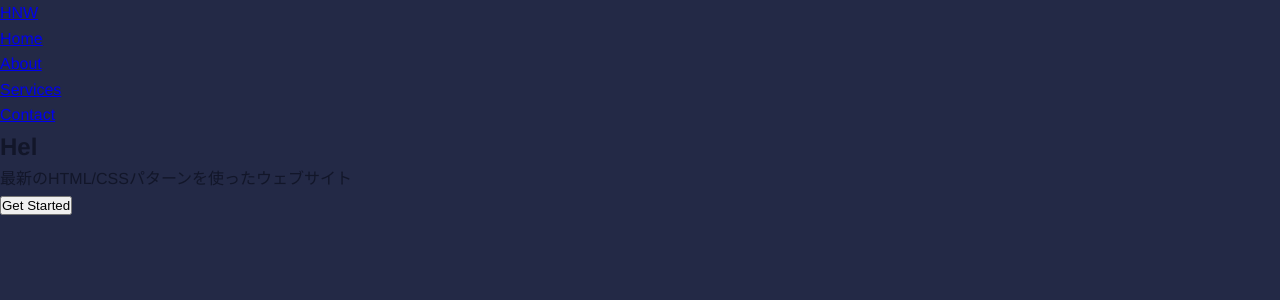
Repository: co6tter/hello-newworld-v3
Page: index.html
These files come from the project's save history. The page is drawn as it stood at one moment and after the next save; the edit follows.
The browser window is 1280 px wide. The pictures show the whole page.

Above is the page before, as saved 2025-07-14 19:30:02.

After the next save:
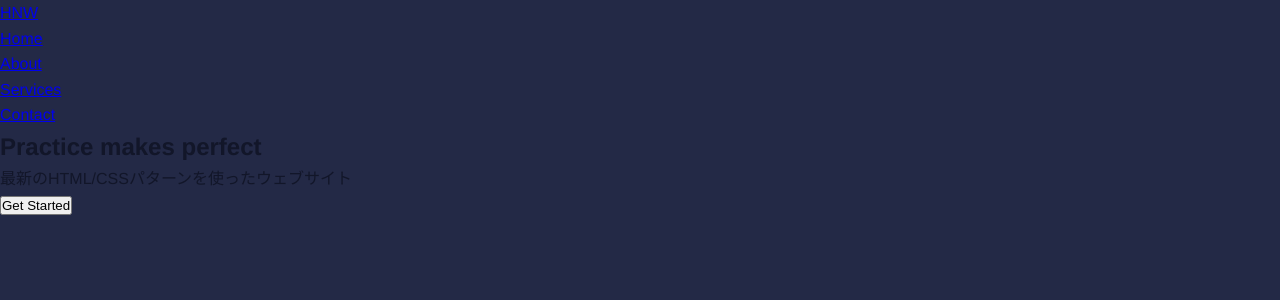
Saved 4 min 2 s later.
--- a/index.html
+++ b/index.html
@@ -32,7 +32,7 @@
 
     <section class="hero" id="home">
       <div class="hero-content">
-        <h1 class="hero-title">Hel</h1>
+        <h1 class="hero-title">Practice makes perfect</h1>
         <p class="hero-subtitle">最新のHTML/CSSパターンを使ったウェブサイト</p>
         <button class="cta-button">Get Started</button>
       </div>
